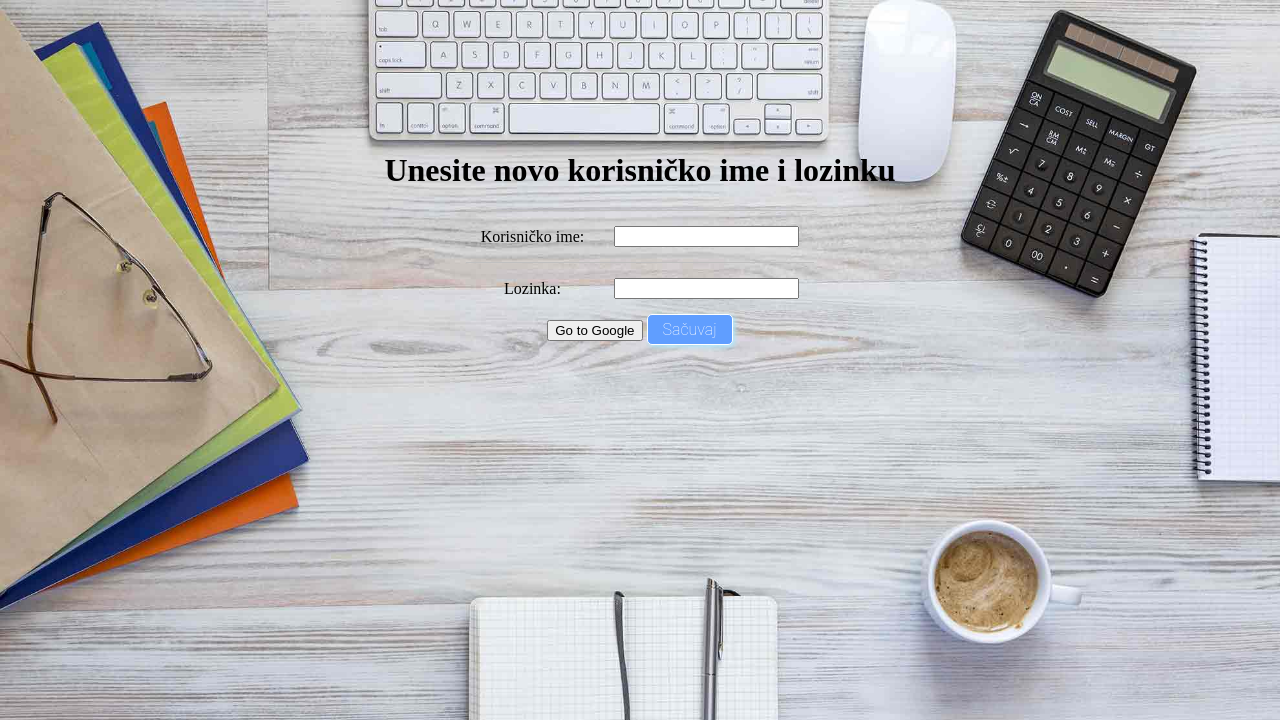
Repository: KristijanPetkovic/java-applet-video-library
Page: Projekti/www.videoteka.com/WebContent/noviKorisnik.html
The author's editor kept a copy of each file at every save. The page is drawn from the files as they stood at one save, then again after the next save.
The browser window is 1280 px wide. The pictures show the whole page.

Above is the page before, as saved 2019-01-09 21:37:00.

After the next save:
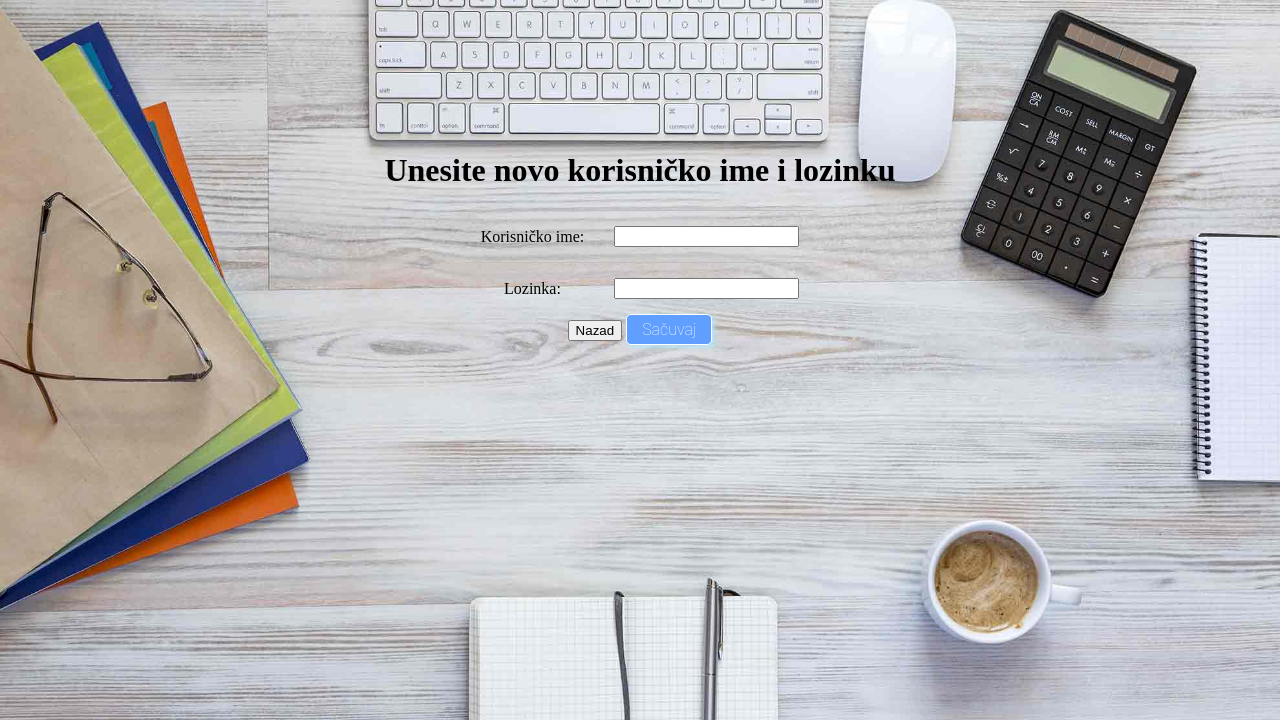
Saved 5 s later.
--- a/Projekti/www.videoteka.com/WebContent/noviKorisnik.html
+++ b/Projekti/www.videoteka.com/WebContent/noviKorisnik.html
@@ -18,7 +18,7 @@
 					<td> <input name="sifra" type="text"> </td>
 				</tr>
 			</table>
-			<input type="button" onclick="location.href='logovanje.html';" value="Go to Google" />
+			<input type="button" onclick="location.href='logovanje.html';" value="Nazad" />
 			<input class="color-change" name="sačuvaj" type="submit" value="Sačuvaj">
 		</form>
 	</body>
